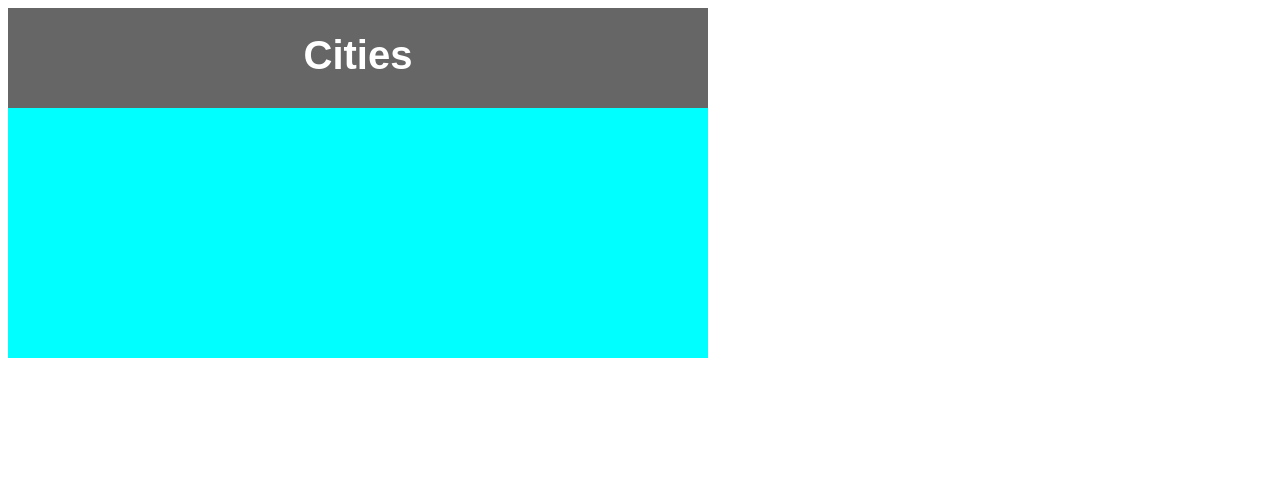
Repository: LongNguyen2504/T3H-FrondEnd
Page: Lesson3_CSS_HomeWork1.html
These files come from the project's save history. The page is drawn as it stood at one moment and after the next save; the edit follows.
The browser window is 1280 px wide. The pictures show the whole page.

Above is the page before, as saved 2021-12-01 17:37:47.

### Lesson3_CSS_HomeWork1.html
<!DOCTYPE html>
<html lang="en">
<head>
    <meta charset="UTF-8">
    <meta http-equiv="X-UA-Compatible" content="IE=edge">
    <meta name="viewport" content="width=device-width, initial-scale=1.0">
    <title>Document</title>
    <link rel="stylesheet" href="Lesson3_CSS_HomeWork1.css">
</head>
<body>
    <div class="ancestor-div" >
        <div class="city-div"  >
            <div class="div-text-city">Cities</div>
        </div>
    </div>

</body>
</html>

### Lesson3_CSS_HomeWork1.css
div.ancestor-div{
    background-color: aqua;
    width: 700px; height: 350px;

    font-family: Arial, Helvetica, sans-serif;
}
div.city-div{
    background-color: #666666;

    /* height: 80px; */
    color: white;
    height: 100px;

}
div.div-text-city{
    text-align:  center;
    font-size: 40px;
    position: relative;
    top: 25px;
    font-weight: bold;
}
div.list{
    width: 150px;
    height: 350px;
    background-color: #cccccc;
}

After the next save:
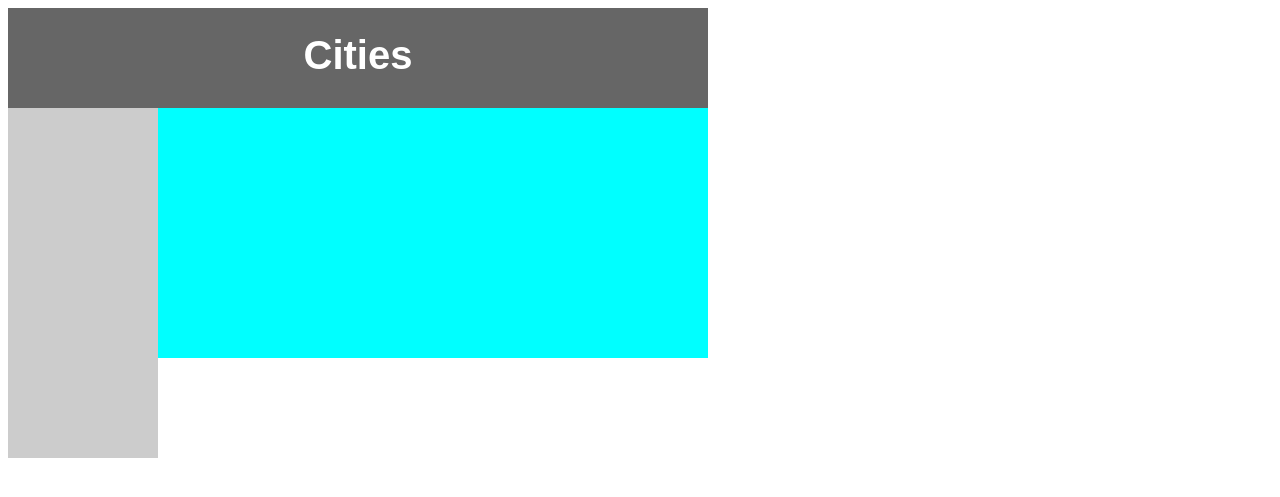
Saved 3 s later.
--- a/Lesson3_CSS_HomeWork1.html
+++ b/Lesson3_CSS_HomeWork1.html
@@ -12,6 +12,9 @@
         <div class="city-div"  >
             <div class="div-text-city">Cities</div>
         </div>
+        <div class="list">
+
+        </div>
     </div>
 
 </body>
